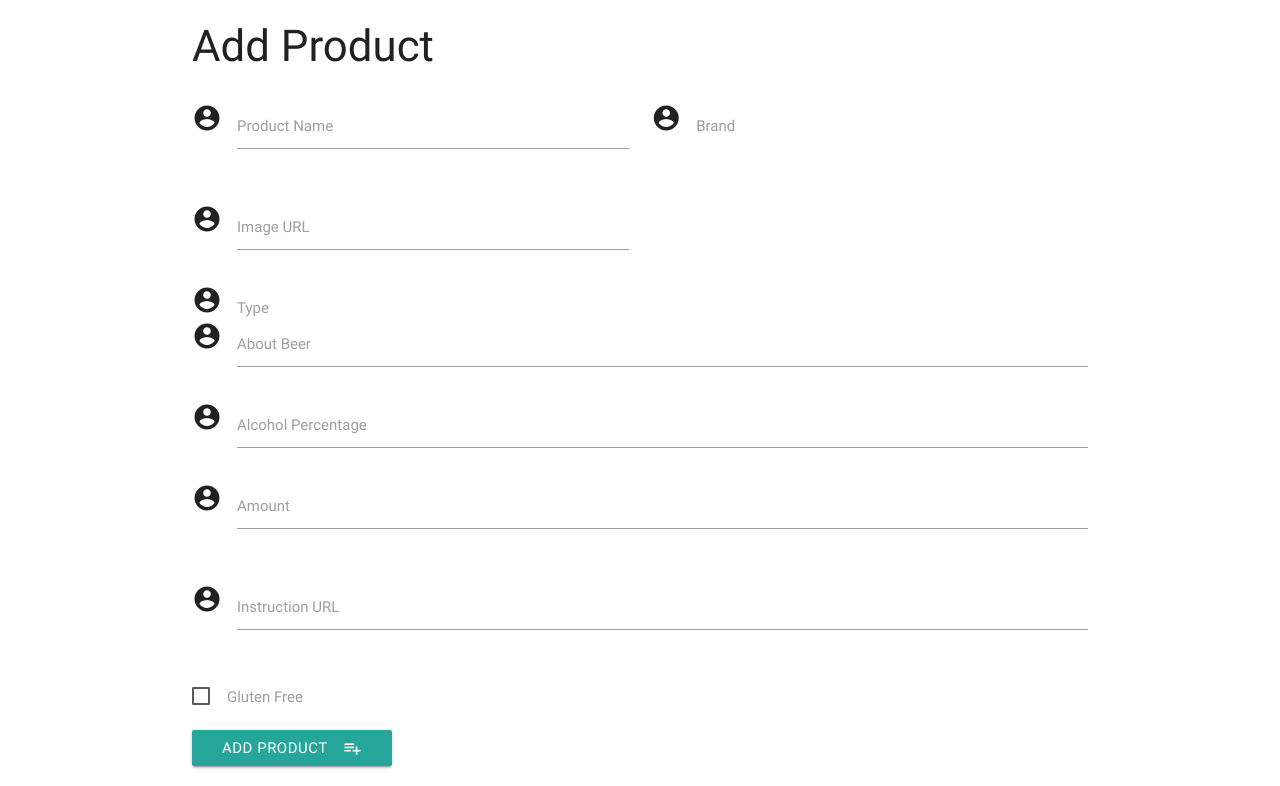
Repository: Leon2ev/lazy-brew
Page: http://localhost/add_product
The author's editor kept a record of every edit. The page is drawn from the files as they stood at one moment, then again after the next edit.
The browser window is 1280 px wide. The pictures show the whole page.
Some web libraries are served in a nearby version. The page is served by the project's application, run on Flask 3 (app.py). Queries for data that is not in the repository find no rows.

Above is the page before.

### templates/addproduct.html
{% extends 'base.html' %}
{% block content %}
        <div class="container">
            <h3>Add Product</h3>
            <div class="row">
                <form action="{{url_for('insert_product')}}" method="POST" class="col s12">
                    <div class="row">
                        <div class="input-field col s12 l6">
                            <i class="material-icons prefix">account_circle</i>
                            <input id="name" name="name" type="text" class="validate">
                            <label for="icon_prefix">Product Name</label>
                        </div>
                        <div class="input-field col s12 l6">
                            <i class="material-icons prefix">account_circle</i>
                            <select id="brand_name" name="brand_name">
                                <option value="" disabled selected>Choose Brand</option>
                                {% for brand in brands %}
                                    <option value={{brand.name}}>{{brand.name}}</option>
                                {% endfor %}
                            </select>
                            <label>Brand</label>
                        </div>
                    </div>
                    <div class="row">
                        <div class="input-field col s12 l6">
                            <i class="material-icons prefix">account_circle</i>
                            <input id="image_url" name="image_url" type="text" class="validate">
                            <label for="icon_prefix">Image URL</label>
                        </div>
                        <div class="input-field col s12">
                            <i class="material-icons prefix">account_circle</i>
                            <select id="type_name" name="type_name">
                                <option value="" disabled selected>Choose Type</option>
                                {% for type in types %}
                                    <option value="{{type.name}}">{{type.name}}</option>
                                {% endfor %}
                            </select>
                            <label>Type</label>
                        </div>
                    </div>
                    <div class="row">
                        <div class="input-field col s12">
                            <i class="material-icons prefix">account_circle</i>
                            <input id="about" name="about" type="text" class="validate">
                            <label for="icon_prefix">About Beer</label>
                        </div>
                        <div class="input-field col s12">
                            <i class="material-icons prefix">account_circle</i>
                            <input id="abv" name="abv" type="text" class="validate">
                            <label for="icon_prefix">Alcohol Percentage</label>
                        </div>
                        <div class="input-field col s12">
                            <i class="material-icons prefix">account_circle</i>
                            <input id="amount" name="amount" type="text" class="validate">
                            <label for="icon_prefix">Amount</label>
                        </div>
                    </div>
                    <div class="row">
                        <div class="input-field col s12">
                            <i class="material-icons prefix">account_circle</i>
                            <input id="instruction" name="instruction" type="text" class="validate">
                            <label for="icon_prefix">Instruction URL</label>
                        </div>
                    </div>
                    <div class="row">
                        <div class="col s12">
                            <p>
                                <input type="checkbox" id="gluten" name="gluten"/>
                                <label for="gluten">Gluten Free</label>
                            </p>
                        </div>
                    </div>
                    <button class="btn waves-effect waves-light" type="submit">Add Product
                        <i class="material-icons right">playlist_add</i>
                    </button>
                </form>
            </div>
        </div>

{% endblock %}

### templates/base.html
<!DOCTYPE html>
<html lang="en">
    <head>
        <meta charset="UTF-8">
        <meta name="viewport" content="width=device-width, initial-scale=1.0">
        <meta http-equiv="X-UA-Compatible" content="ie=edge">

        <title>Document</title>

        <link href="https://fonts.googleapis.com/icon?family=Material+Icons" rel="stylesheet">
        <link rel="stylesheet"  href="https://cdnjs.cloudflare.com/ajax/libs/materialize/0.100.2/css/materialize.min.css">
    </head>
    <body>
        {% block content %}{% endblock %}
        <script src="https://cdnjs.cloudflare.com/ajax/libs/jquery/3.2.1/jquery.min.js"></script>
        <script src="https://cdnjs.cloudflare.com/ajax/libs/materialize/1.0.0/js/materialize.min.js"></script>
    </body>
</html>

### app.py
import os
from flask import Flask, render_template, redirect, request, url_for
from flask_pymongo import PyMongo
from bson.objectid import ObjectId

app = Flask(__name__)

# Connection to MongoDB

app.config["MONGO_DBNAME"] = 'beer_brewing'
app.config["MONGO_URI"] = os.getenv('MONGO_URI', 'mongodb://localhost')

mongo = PyMongo(app)

# App routes

@app.route('/')
@app.route('/get_products')
def get_products():
    return render_template("products.html",
    products=mongo.db.products.find())

@app.route('/add_product')
def add_product():
    return render_template("addproduct.html",
    brands=mongo.db.brands.find(),
    methods=mongo.db.methods.find(),
    types=mongo.db.types.find())

@app.route('/insert_product', methods=["POST"])
def insert_product():
    products=mongo.db.products
    products.insert_one(request.form.to_dict())
    return redirect(url_for('get_products'))

@app.route('/get_description')
def get_description():
    return render_template("description.html",
    products=mongo.db.products.find())

if __name__ == "__main__":
    app.run(host=os.environ.get('IP'),
        port=int(os.environ.get('PORT')),
        debug=True)

After the next edit:
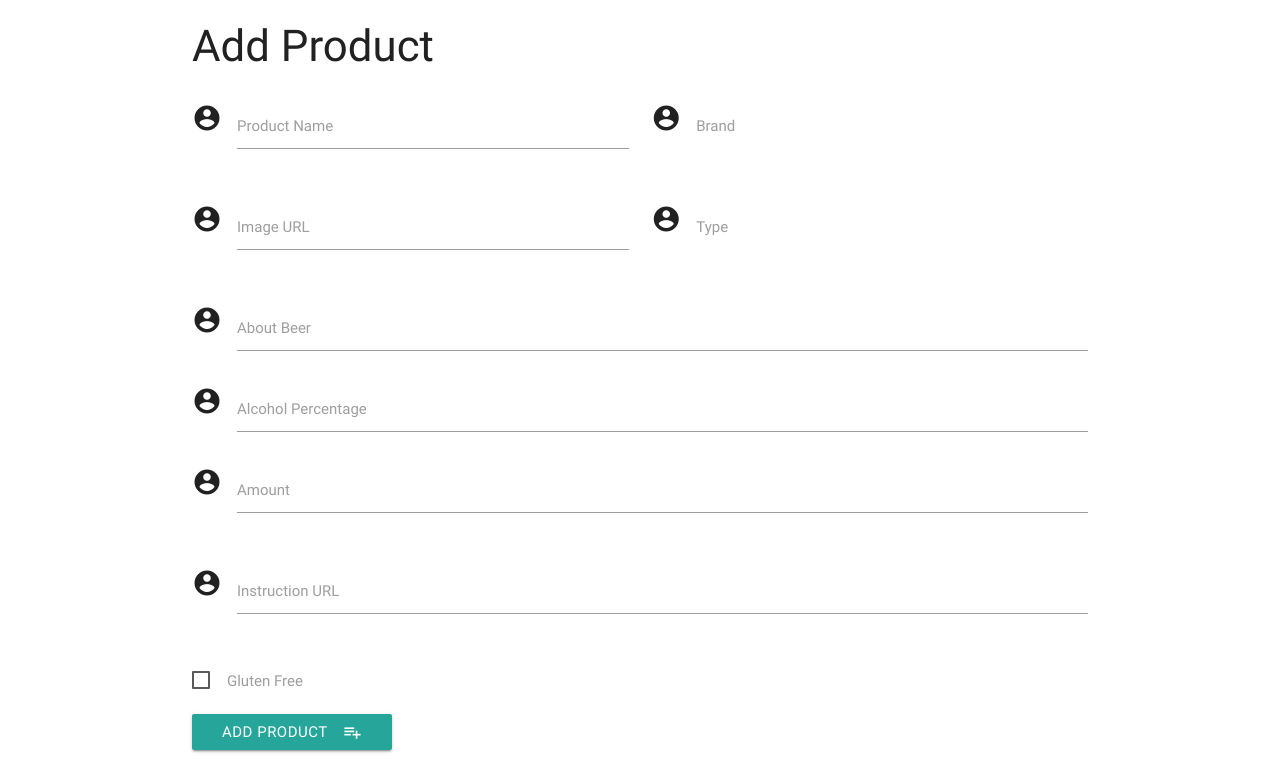
The edit:
--- a/templates/addproduct.html
+++ b/templates/addproduct.html
@@ -27,7 +27,7 @@
                             <input id="image_url" name="image_url" type="text" class="validate">
                             <label for="icon_prefix">Image URL</label>
                         </div>
-                        <div class="input-field col s12">
+                        <div class="input-field col s12 l6">
                             <i class="material-icons prefix">account_circle</i>
                             <select id="type_name" name="type_name">
                                 <option value="" disabled selected>Choose Type</option>
